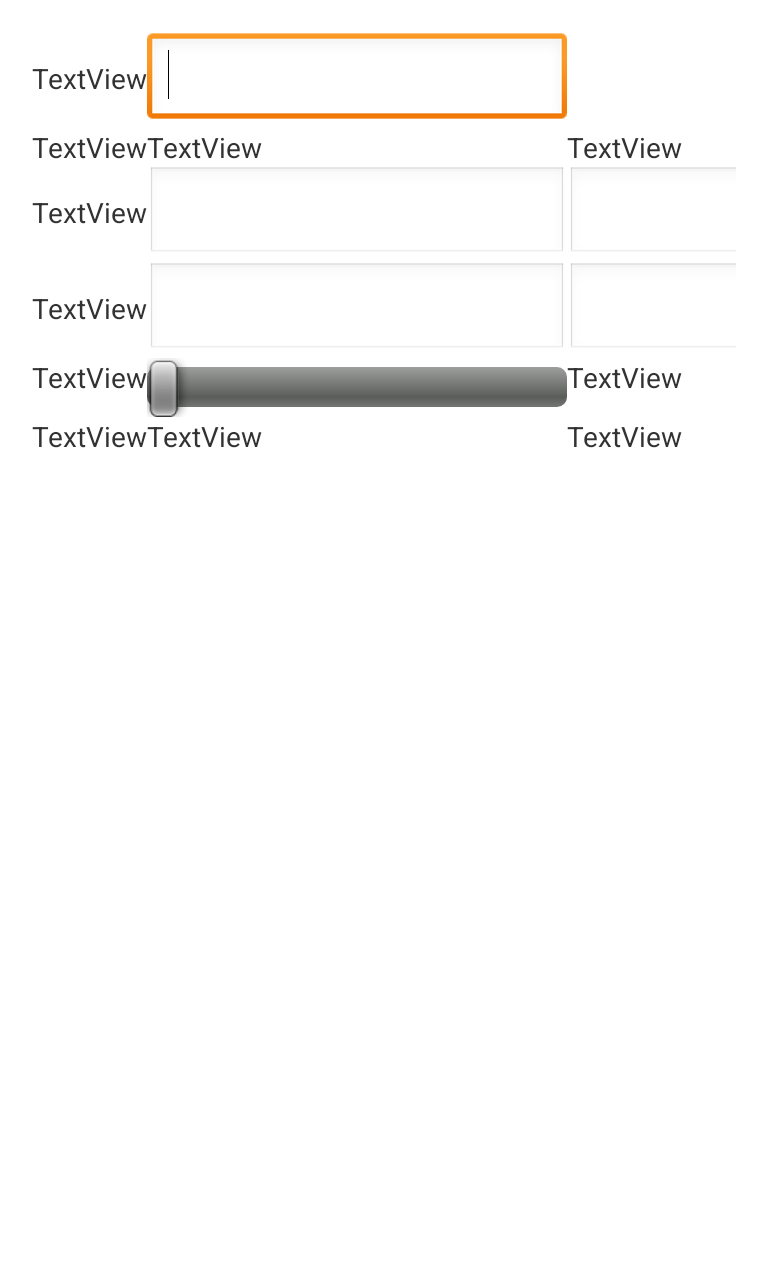
Repository: PaddyWilson/APPD2000
Layout: Workspace/Calculator/res/layout/activity_main.xml
These files come from the project's save history. The layout is drawn as it stood at one moment and after the next save; the edit follows.
It is drawn on a 768 x 1280 px phone screen (xhdpi) without system bars, with theme AppTheme; the app's code is not run.

Above is the layout before, as saved 2014-09-15 16:32:24.

### Workspace/Calculator/res/layout/activity_main.xml
<TableLayout xmlns:android="http://schemas.android.com/apk/res/android"
    xmlns:tools="http://schemas.android.com/tools"
    android:id="@+id/TableLayout1"
    android:layout_width="match_parent"
    android:layout_height="match_parent"
    android:paddingBottom="@dimen/activity_vertical_margin"
    android:paddingLeft="@dimen/activity_horizontal_margin"
    android:paddingRight="@dimen/activity_horizontal_margin"
    android:paddingTop="@dimen/activity_vertical_margin"
    tools:context="com.example.calculator2.MainActivity" >

    <TableRow
        android:id="@+id/tableRow0"
        android:layout_width="wrap_content"
        android:layout_height="wrap_content" >

        <TextView
            android:id="@+id/billTextView"
            android:layout_width="wrap_content"
            android:layout_height="wrap_content"
            android:text="TextView" />

        <EditText
            android:id="@+id/billEditText"
            android:layout_width="wrap_content"
            android:layout_height="wrap_content"
            android:ems="10"
            android:inputType="numberDecimal" >

            <requestFocus />
        </EditText>

    </TableRow>

    <TableRow
        android:id="@+id/tableRow1"
        android:layout_width="wrap_content"
        android:layout_height="wrap_content" >

        <TextView
            android:id="@+id/tenTextView"
            android:layout_width="wrap_content"
            android:layout_height="wrap_content"
            android:text="TextView" />

        <TextView
            android:id="@+id/fifteenTextView"
            android:layout_width="wrap_content"
            android:layout_height="wrap_content"
            android:text="TextView" />

        <TextView
            android:id="@+id/twentyTextView"
            android:layout_width="wrap_content"
            android:layout_height="wrap_content"
            android:text="TextView" />

    </TableRow>

    <TableRow
        android:id="@+id/tableRow2"
        android:layout_width="wrap_content"
        android:layout_height="wrap_content" >

        <TextView
            android:id="@+id/tipTextView"
            android:layout_width="wrap_content"
            android:layout_height="wrap_content"
            android:text="TextView" />

        <EditText
            android:id="@+id/tip10EditText"
            android:layout_width="wrap_content"
            android:layout_height="wrap_content"
            android:ems="10"
            android:inputType="numberDecimal" />

        <EditText
            android:id="@+id/tip15EditText"
            android:layout_width="wrap_content"
            android:layout_height="wrap_content"
            android:ems="10"
            android:inputType="numberDecimal" />

        <EditText
            android:id="@+id/tip20EditText"
            android:layout_width="wrap_content"
            android:layout_height="wrap_content"
            android:ems="10"
            android:inputType="numberDecimal" />

    </TableRow>

    <TableRow
        android:id="@+id/tableRow3"
        android:layout_width="wrap_content"
        android:layout_height="wrap_content" >

        <TextView
            android:id="@+id/totalTextView"
            android:layout_width="wrap_content"
            android:layout_height="wrap_content"
            android:text="TextView" />

        <EditText
            android:id="@+id/total10EditText"
            android:layout_width="wrap_content"
            android:layout_height="wrap_content"
            android:ems="10"
            android:inputType="numberDecimal" />

        <EditText
            android:id="@+id/total15EditText"
            android:layout_width="wrap_content"
            android:layout_height="wrap_content"
            android:ems="10"
            android:inputType="numberDecimal" />

        <EditText
            android:id="@+id/total20EditText"
            android:layout_width="wrap_content"
            android:layout_height="wrap_content"
            android:ems="10"
            android:inputType="numberDecimal" />

    </TableRow>

    <TableRow
        android:id="@+id/tableRow4"
        android:layout_width="wrap_content"
        android:layout_height="wrap_content" >

        <TextView
            android:id="@+id/customTextView"
            android:layout_width="wrap_content"
            android:layout_height="wrap_content"
            android:text="TextView" />

        <SeekBar
            android:id="@+id/customSeekBar"
            android:layout_width="match_parent"
            android:layout_height="wrap_content" />

        <TextView
            android:id="@+id/customTipTextView"
            android:layout_width="wrap_content"
            android:layout_height="wrap_content"
            android:text="TextView" />

    </TableRow>

    <TableRow
        android:id="@+id/tableRow5"
        android:layout_width="wrap_content"
        android:layout_height="wrap_content" >

        <TextView
            android:id="@+id/TextView11"
            android:layout_width="wrap_content"
            android:layout_height="wrap_content"
            android:text="TextView" />

        <TextView
            android:id="@+id/TextView10"
            android:layout_width="wrap_content"
            android:layout_height="wrap_content"
            android:text="TextView" />

        <TextView
            android:id="@+id/TextView09"
            android:layout_width="wrap_content"
            android:layout_height="wrap_content"
            android:text="TextView" />

        <TextView
            android:id="@+id/textView6"
            android:layout_width="wrap_content"
            android:layout_height="wrap_content"
            android:text="TextView" />

    </TableRow>

</TableLayout>

Loaded but not shown: Workspace/Calculator/res/values/styles.xml (common file); Workspace/Calculator/res/values/dimens.xml (common file); Workspace/Calculator/res/values-w820dp/dimens.xml (common file)

After the next save:
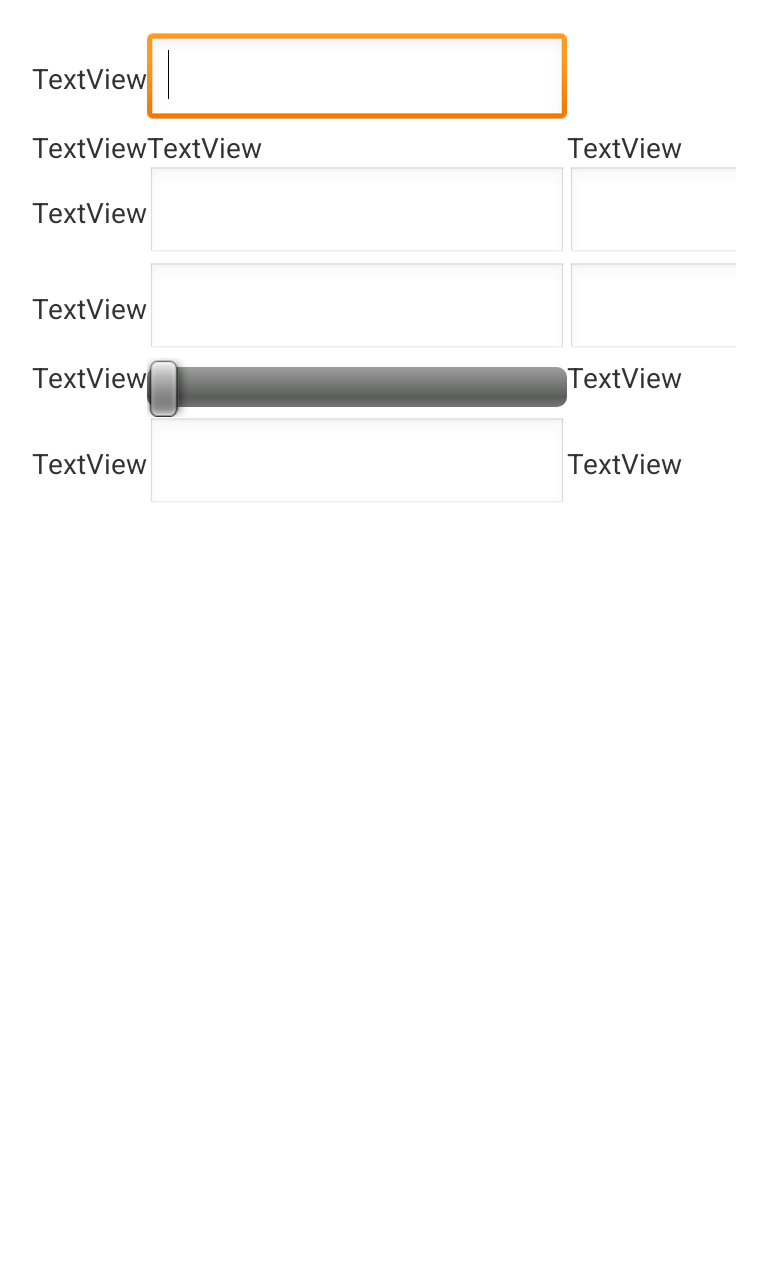
Saved 2 s later.
--- a/Workspace/Calculator/res/layout/activity_main.xml
+++ b/Workspace/Calculator/res/layout/activity_main.xml
@@ -155,28 +155,30 @@
         android:layout_height="wrap_content" >
 
         <TextView
-            android:id="@+id/TextView11"
+            android:id="@+id/tipCustomTextView"
             android:layout_width="wrap_content"
             android:layout_height="wrap_content"
             android:text="TextView" />
 
+        <EditText
+            android:id="@+id/tipCustomEditText"
+            android:layout_width="wrap_content"
+            android:layout_height="wrap_content"
+            android:ems="10"
+            android:inputType="numberDecimal" />
+
         <TextView
-            android:id="@+id/TextView10"
+            android:id="@+id/totalCustomTextView"
             android:layout_width="wrap_content"
             android:layout_height="wrap_content"
             android:text="TextView" />
 
-        <TextView
-            android:id="@+id/TextView09"
+        <EditText
+            android:id="@+id/totalCustomEditText"
             android:layout_width="wrap_content"
             android:layout_height="wrap_content"
-            android:text="TextView" />
-
-        <TextView
-            android:id="@+id/textView6"
-            android:layout_width="wrap_content"
-            android:layout_height="wrap_content"
-            android:text="TextView" />
+            android:ems="10"
+            android:inputType="numberDecimal" />
 
     </TableRow>
 
